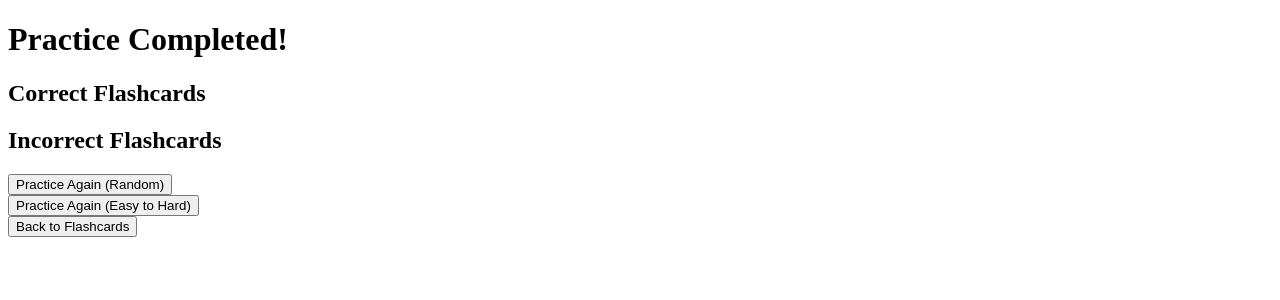
Repository: Oriyin/Algorithm_StudyHelper
Page: http://localhost/practice_completed
The author's editor kept a copy of each file at every save. The page is drawn from the files as they stood at one save, then again after a run of saves.
The browser window is 1280 px wide. The pictures show the whole page.
The page is served by the project's application, run on Flask 3 (backend/app.py).

Above is the page before, as saved 2024-10-11 13:31:39.

### templates/practice_completed.html
<!DOCTYPE html>
<html lang="en">
<head>
    <meta charset="UTF-8">
    <meta name="viewport" content="width=device-width, initial-scale=1.0">
    <title>Practice Completed</title>
</head>
<body>
    <h1>Practice Completed!</h1>

    <!-- Display results for correct and incorrect flashcards -->
    <h2>Correct Flashcards</h2>
    <ul>
        {% for flashcard in correct_flashcards %}
            <li>{{ flashcard.term }} - {{ flashcard.meaning }} ({{ flashcard.difficulty }})</li>
        {% endfor %}
    </ul>

    <h2>Incorrect Flashcards</h2>
    <ul>
        {% for flashcard in incorrect_flashcards %}
            <li>{{ flashcard.term }} - {{ flashcard.meaning }} ({{ flashcard.difficulty }}) - Incorrect Count: {{ flashcard.incorrect_count }}</li>
        {% endfor %}
    </ul>

    <!-- Button for practicing again with random order -->
    <form method="GET" action="{{ url_for('practice_again') }}">
        <button type="submit">Practice Again (Random)</button>
    </form>

    <!-- Button for practicing again sorted by difficulty (Easy to Hard) -->
    <form method="GET" action="{{ url_for('practice_again', sort_mode='easy_to_hard') }}">
        <button type="submit">Practice Again (Easy to Hard)</button>
    </form>

    <!-- Button to go back to the flashcards main page -->
    <form method="GET" action="{{ url_for('manage_flashcards') }}">
        <button type="submit">Back to Flashcards</button>
    </form>
</body>
</html>

### backend/algorithm.py
# This is code perfectly work entire program.
import random
# backend/algorithm.py

# Insertion Sort Algorithm (used for immediate sorting by due date when adding a new task)
def insertion_sort(arr, key):
    for i in range(1, len(arr)):
        current_element = arr[i]
        j = i - 1
        while j >= 0 and arr[j][key] > current_element[key]:
            arr[j + 1] = arr[j]
            j -= 1
        arr[j + 1] = current_element
    return arr

# Merge Sort Algorithm (used for sorting by due date)
def merge_sort(arr, key):
    if len(arr) <= 1:
        return arr
    mid = len(arr) // 2
    left = merge_sort(arr[:mid], key)
    right = merge_sort(arr[mid:], key)
    return merge(left, right, key)

def merge(left, right, key):
    result = []
    i = j = 0
    while i < len(left) and j < len(right):
        if left[i][key] <= right[j][key]:
            result.append(left[i])
            i += 1
        else:
            result.append(right[j])
            j += 1
    return result + left[i:] + right[j:]

# Counting Sort Algorithm (used for sorting by priority)
def counting_sort(arr, key):
    max_priority = 3
    count = [0] * (max_priority + 1)
    output = [None] * len(arr)

    for item in arr:
        count[item[key]] += 1

    # Modify count to get the descending order position
    for i in range(max_priority - 1, -1, -1):
        count[i] += count[i + 1]

    for item in reversed(arr):
        output[count[item[key]] - 1] = item
        count[item[key]] -= 1

    return output

# Heap Sort Algorithm (used for sorting by both due date and priority)
def heap_sort(arr, key1, key2):
    n = len(arr)
    # Build a max heap
    for i in range(n // 2 - 1, -1, -1):
        heapify(arr, n, i, key1, key2)
    # Extract elements one by one
    for i in range(n - 1, 0, -1):
        arr[0], arr[i] = arr[i], arr[0]  # Swap the root (max element) with the last element
        heapify(arr, i, 0, key1, key2)

    # Reverse the array to get the sorted order (from top to bottom)
    return arr[::-1]  # Reversing the sorted list to ensure correct display order

def heapify(arr, n, i, key1, key2):
    largest = i  # Initialize largest as root
    left = 2 * i + 1  # Left child index
    right = 2 * i + 2  # Right child index

    # Compare left child with root
    if left < n and (arr[left][key1] < arr[largest][key1] or (arr[left][key1] == arr[largest][key1] and arr[left][key2] > arr[largest][key2])):
        largest = left

    # Compare right child with largest so far
    if right < n and (arr[right][key1] < arr[largest][key1] or (arr[right][key1] == arr[largest][key1] and arr[right][key2] > arr[largest][key2])):
        largest = right

    # Swap and continue heapifying if root is not largest
    if largest != i:
        arr[i], arr[largest] = arr[largest], arr[i]  # Swap
        heapify(arr, n, largest, key1, key2)

# Naive String Search Algorithm (used for searching notes)
def naive_string_search(text, pattern):
    m = len(pattern)
    n = len(text)
    result = []

    for i in range(n - m + 1):
        j = 0
        while j < m and text[i + j] == pattern[j]:
            j += 1
        if j == m:
            result.append(i)

    return result

#### Flashcard
def uniqueness_testing(flashcards, new_flashcard):
    terms_set = {flashcard['term'] for flashcard in flashcards}  # Use set for uniqueness
    if new_flashcard['term'] not in terms_set:  # Check if the new term is already present
        flashcards.append(new_flashcard)  # Add the flashcard if unique
        return True  # Indicate success
    return False  # Indicate failure due to duplicate term

def random_flashcards(flashcards):
    randomized_flashcards = []  # เก็บ flashcards ที่สุ่มแล้ว
    available_indices = list(range(len(flashcards)))  # ลำดับที่ยังไม่ถูกเลือก

    for _ in range(len(flashcards)):
        random_index = random.randrange(len(available_indices))  # สุ่มลำดับ
        randomized_flashcards.append(flashcards[available_indices[random_index]])  # เพิ่ม flashcard ที่สุ่มมา
        available_indices.pop(random_index)  # เอาลำดับที่สุ่มแล้วออก

    return randomized_flashcards

# Divide and Conquer for grouping flashcards by incorrect answers frequency
def divide_and_conquer_flashcards(flashcards, low_threshold):
    # Base case: if only one flashcard, return as it is already "divided"
    if len(flashcards) <= 1:
        return flashcards

    # Step 1: Divide the flashcards into two halves
    mid = len(flashcards) // 2
    left_half = divide_and_conquer_flashcards(flashcards[:mid], low_threshold)  # Recursively divide left half
    right_half = divide_and_conquer_flashcards(flashcards[mid:], low_threshold)  # Recursively divide right half

    # Step 2: Conquer by combining flashcards into "low priority" and "high priority" based on frequency
    low_priority = []
    high_priority = []

    # Process each half after recursive division
    for flashcard in left_half + right_half:
        if flashcard['incorrect_count'] > low_threshold:
            high_priority.append(flashcard)  # Add to high priority group
        else:
            low_priority.append(flashcard)  # Add to low priority group

    # Step 3: Combine the results
    return high_priority + low_priority  # Combine high priority first, then low priority

# Counting Sort Algorithm (used for sorting by difficulty)
def counting_sortflash(arr, key):
    # Map difficulty levels to integers
    difficulty_order = {'Easy': 1, 'Medium': 2, 'Hard': 3}

    # Create count array based on the maximum difficulty level
    max_difficulty = 3
    count = [0] * (max_difficulty + 1)
    output = [None] * len(arr)

    # Count the occurrences of each difficulty level
    for item in arr:
        difficulty_level = difficulty_order[item[key]]  # Convert difficulty to integer
        count[difficulty_level] += 1

    # Modify count to get the correct positions
    for i in range(1, max_difficulty + 1):
        count[i] += count[i - 1]

    # Build the output array based on the difficulty levels
    for item in reversed(arr):
        difficulty_level = difficulty_order[item[key]]
        output[count[difficulty_level] - 1] = item
        count[difficulty_level] -= 1

    return output

### backend/app.py
# app.py

from flask import Flask, request, render_template, redirect, url_for
from algorithm import *

# Initialize the Flask application and specify the template folder
app = Flask(__name__, template_folder="../templates")

# Global variables for storing tasks and notes temporarily
tasks = []
notes = []
task_counter = 0  # A counter to uniquely identify each task

# Route for the home page
@app.route('/')
def home():
    return render_template('index.html')

# Route for managing tasks
@app.route('/tasks', methods=['GET', 'POST'])
def manage_tasks():
    global tasks, task_counter
    if request.method == 'POST':
        task_name = request.form.get('task_name')
        task_description = request.form.get('task_description')
        due_date = request.form.get('due_date')
        priority = int(request.form.get('priority'))

        if task_name and task_description and due_date:
            task_counter += 1  # Increment task counter for each new task
            tasks.append({
                'id': task_counter,  # Assign unique ID to each task
                'name': task_name,
                'description': task_description,
                'dueDate': due_date,
                'priority': priority,
                'completed': False
            })

            # Sort tasks by due date immediately (excluding completed tasks) using Insertion Sort
            tasks = insertion_sort([task for task in tasks if not task['completed']], 'dueDate') + [task for task in tasks if task['completed']]

            print("Updated tasks list:")
            print(tasks)

    todo_tasks = [task for task in tasks if not task['completed']]
    done_tasks = [task for task in tasks if task['completed']]

    return render_template('tasks.html', todo_tasks=todo_tasks, done_tasks=done_tasks, enumerate=enumerate)

# Route for managing notes
@app.route('/notes', methods=['GET', 'POST'])
def manage_notes():
    global notes
    if request.method == 'POST':
        note_title = request.form.get('note_title')
        note_content = request.form.get('note_content')

        if note_title and note_content:
            notes.append({
                'title': note_title,
                'content': note_content
            })
            print("Updated notes list:")
            print(notes)

    return render_template('notes.html', notes=notes, enumerate=enumerate)

# Route to edit a specific note by index
@app.route('/edit_note/<int:index>', methods=['POST'])
def edit_note(index):
    global notes
    new_title = request.form.get('edit_note_title')
    new_content = request.form.get('edit_note_content')

    if new_title and new_content:
        # Update the note with new values
        notes[index]['title'] = new_title
        notes[index]['content'] = new_content
        print("Updated notes list:")
        print(notes)

    return redirect(url_for('manage_notes'))

# Route to delete a specific note by index
@app.route('/delete_note/<int:index>', methods=['POST'])
def delete_note(index):
    global notes
    if index < len(notes):
        notes.pop(index)
        print("Updated notes list:")
        print(notes)
    return redirect(url_for('manage_notes'))

# Route to search through notes using a case-insensitive search with highlighted results
@app.route('/search_notes', methods=['POST'])
def search_notes():
    global notes
    search_pattern = request.form.get('search_pattern').lower()  # Make the search pattern lowercase
    search_results = []

    # Perform case-insensitive search on each note's title and content using naive string search
    for index, note in enumerate(notes):
        title = note['title']
        content = note['content']
        highlighted_content = content

        # Use naive string search to find matches (case-insensitive)
        matches = naive_string_search(content.lower(), search_pattern)  # Perform the search on lowercase text

        # If matches are found, highlight them in the content
        if matches:
            for match_index in matches:
                # Highlight the matched text using HTML <mark> tag
                match = content[match_index:match_index + len(search_pattern)]
                highlighted_content = highlighted_content.replace(match, f"<mark>{match}</mark>")
            search_results.append({
                'index': index,
                'title': title,
                'highlighted_content': highlighted_content
            })

    # If no matches are found, set a message to be displayed
    no_match_message = None
    if not search_results:
        no_match_message = "Don't have any file that match with finding word."

    return render_template('notes.html', notes=notes, search_results=search_results, no_match_message=no_match_message, search_pattern=search_pattern, enumerate=enumerate)

# Route to edit a specific task by index
@app.route('/edit_task/<int:index>', methods=['POST'])
def edit_task(index):
    global tasks
    new_name = request.form.get('edit_name')
    new_description = request.form.get('edit_description')
    new_due_date = request.form.get('edit_due_date')
    new_priority = int(request.form.get('edit_priority'))

    if new_name and new_description and new_due_date:
        # Update the task with new values
        tasks[index]['name'] = new_name
        tasks[index]['description'] = new_description
        tasks[index]['dueDate'] = new_due_date
        tasks[index]['priority'] = new_priority
        print("Updated tasks list:")
        print(tasks)

    # Re-sort tasks by due date immediately after editing using Insertion Sort
    tasks = insertion_sort([task for task in tasks if not task['completed']], 'dueDate') + [task for task in tasks if task['completed']]

    return redirect(url_for('manage_tasks'))

# Route to toggle a task's completion status using its unique ID
@app.route('/toggle_completed/<int:task_id>', methods=['POST'])
def toggle_completed(task_id):
    global tasks
    for task in tasks:
        if task['id'] == task_id:
            task['completed'] = not task['completed']
            print("Updated tasks list:")
            print(tasks)
            break
    # Re-sort the tasks to ensure they are in the correct order
    tasks = insertion_sort([task for task in tasks if not task['completed']], 'dueDate') + [task for task in tasks if task['completed']]
    return redirect(url_for('manage_tasks'))

# Route to delete a task by its unique ID
@app.route('/delete_task/<int:task_id>', methods=['POST'])
def delete_task(task_id):
    global tasks
    tasks = [task for task in tasks if task['id'] != task_id]
    print("Updated tasks list:")
    print(tasks)
    return redirect(url_for('manage_tasks'))

# Route to sort tasks by due date using Merge Sort
@app.route('/sort_by_due_date', methods=['POST'])
def sort_by_due_date():
    global tasks
    incomplete_tasks = [task for task in tasks if not task['completed']]
    # Use merge_sort to sort the incomplete tasks by 'dueDate'
    tasks = merge_sort(incomplete_tasks, 'dueDate') + [task for task in tasks if task['completed']]
    print("Updated tasks list:")
    print(tasks)
    return redirect(url_for('manage_tasks'))

# Route to sort tasks by priority
@app.route('/sort_by_priority', methods=['POST'])
def sort_by_priority():
    global tasks
    incomplete_tasks = [task for task in tasks if not task['completed']]
    tasks = counting_sort(incomplete_tasks, 'priority') + [task for task in tasks if task['completed']]
    print("Updated tasks list:")
    print(tasks)
    return redirect(url_for('manage_tasks'))

# Route to sort tasks by both due date and priority
@app.route('/sort_by_both', methods=['POST'])
def sort_by_both():
    global tasks
    incomplete_tasks = [task for task in tasks if not task['completed']]
    tasks = heap_sort(incomplete_tasks, 'dueDate', 'priority') + [task for task in tasks if task['completed']]
    print("Updated tasks list:")
    print(tasks)
    return redirect(url_for('manage_tasks'))

# Global variable to store flashcards
flashcards = []

@app.route('/flashcards', methods=['GET', 'POST'])
def manage_flashcards():
    global flashcards
    if request.method == 'POST':
        term = request.form.get('term')
        meaning = request.form.get('meaning')
        difficulty = request.form.get('difficulty')  # Capture the difficulty level

        # Create a new flashcard with 'incorrect_count' initialized to 0 and difficulty level
        new_flashcard = {'term': term, 'meaning': meaning, 'difficulty': difficulty, 'incorrect_count': 0}

        # Use the uniqueness testing function to avoid duplicates
        if uniqueness_testing(flashcards, new_flashcard):
            print("Flashcard added successfully!")
        else:
            print("Duplicate term found! Flashcard not added.")

    # Render the flashcards page with the flashcards list and total number
    return render_template('flashcards.html', flashcards=flashcards, enumerate=enumerate)


# Route to start flashcard practice (randomizes flashcards before starting)
@app.route('/start_practice', methods=['GET'])
def start_practice():
    global flashcards
    # Randomize flashcards before starting practice
    flashcards = random_flashcards(flashcards)
    return redirect(url_for('practice_flashcard', index=0))

@app.route('/practice_flashcard/<int:index>', methods=['GET', 'POST'])
def practice_flashcard(index):
    global flashcards
    if index >= len(flashcards):
        # If the index is out of range, redirect to the practice completion page
        return redirect(url_for('practice_completed'))

    if request.method == 'POST':
        # Check if the answer was correct or not
        is_correct = request.form.get('is_correct') == 'true'
        if not is_correct:
            flashcards[index]['incorrect_count'] += 1

        # Move to the next flashcard
        next_index = index + 1
        if next_index < len(flashcards):
            return redirect(url_for('practice_flashcard', index=next_index))
        else:
            return redirect(url_for('practice_completed'))

    # Render the current flashcard for practice
    flashcard = flashcards[index]
    return render_template('practice_flashcard.html', flashcard=flashcard, index=index)


@app.route('/practice_completed')
def practice_completed():
    global flashcards

    # Group flashcards based on incorrect_count
    low_threshold = 1
    grouped_flashcards = divide_and_conquer_flashcards(flashcards, low_threshold)

    # Separate correct and incorrect flashcards for the result page
    correct_flashcards = [fc for fc in grouped_flashcards if fc['incorrect_count'] == 0]
    incorrect_flashcards = [fc for fc in grouped_flashcards if fc['incorrect_count'] > 0]

    # Show the result in terms of high-priority (incorrect more often) and low-priority flashcards
    return render_template('practice_completed.html', correct_flashcards=correct_flashcards, incorrect_flashcards=incorrect_flashcards)


@app.route('/practice_again', methods=['GET'])
def practice_again():
    global flashcards

    # ตรวจสอบพารามิเตอร์ 'sort_mode' จาก URL
    sort_mode = request.args.get('sort_mode')

    if sort_mode == 'easy_to_hard':
        flashcards = counting_sortflash(flashcards, 'difficulty')  # เรียงจากง่ายไปยาก
        print("Flashcards sorted from Easy to Hard")
    else:
        flashcards = random_flashcards(flashcards)  # แบบสุ่มสำหรับ practice ปกติ
        print("Flashcards randomized")

    return redirect(url_for('practice_flashcard', index=0))



@app.route('/start_practice_by_difficulty', methods=['GET'])
def start_practice_by_difficulty():
    global flashcards

    if len(flashcards) == 0:
        # Redirect to the flashcards management page if there are no flashcards
        return redirect(url_for('manage_flashcards'))

    # Sort flashcards by difficulty in the order of Easy -> Medium -> Hard
    flashcards = counting_sortflash(flashcards, 'difficulty')

    return redirect(url_for('practice_flashcard', index=0))

@app.route('/start_focused_practice', methods=['GET'])
def start_focused_practice():
    global flashcards

    # Set a low_threshold for incorrect answers to define "high-priority"
    low_threshold = 2  # For example, focus on flashcards with incorrect_count > 2

    # Group flashcards based on how often the user gets them wrong
    flashcards = divide_and_conquer_flashcards(flashcards, low_threshold)

    return redirect(url_for('practice_flashcard', index=0))

@app.route('/practice_focused_flashcards/<int:index>', methods=['GET', 'POST'])
def practice_focused_flashcards(index):
    global flashcards_to_practice

    if index >= len(flashcards_to_practice):
        # หากฝึกฝนครบหมดแล้วให้กลับไปที่หน้าผลลัพธ์
        return redirect(url_for('focused_practice_completed'))

    if request.method == 'POST':
        # เช็คว่าผู้ใช้ตอบถูกหรือไม่
        is_correct = request.form.get('is_correct') == 'true'
        if is_correct:
            # ถ้าตอบถูก ตัด flashcard นั้นออกจากรายการ
            flashcards_to_practice.pop(index)
        else:
            # ถ้าตอบผิด เพิ่ม incorrect_count
            flashcards_to_practice[index]['incorrect_count'] += 1

        # ย้ายไปยัง flashcard ถัดไป
        next_index = index if is_correct else index + 1
        if next_index < len(flashcards_to_practice):
            return redirect(url_for('practice_focused_flashcards', index=next_index))
        else:
            return redirect(url_for('focused_practice_completed'))

    # แสดง flashcard ที่กำลังทบทวน
    flashcard = flashcards_to_practice[index]
    return render_template('practice_focused_flashcards.html', flashcard=flashcard, index=index)

# Route for displaying the result after focused practice
@app.route('/focused_practice_completed')
def focused_practice_completed():
    global flashcards_to_practice

    # แสดงผลลัพธ์ว่าผู้ใช้ได้ทบทวน flashcards ทั้งหมดครบแล้ว
    return render_template('focused_practice_completed.html', flashcards_left=len(flashcards_to_practice))

# Run the Flask server
if __name__ == "__main__":
    app.run(debug=True)
    print(tasks)
    print(notes)

After the next 3 saves:
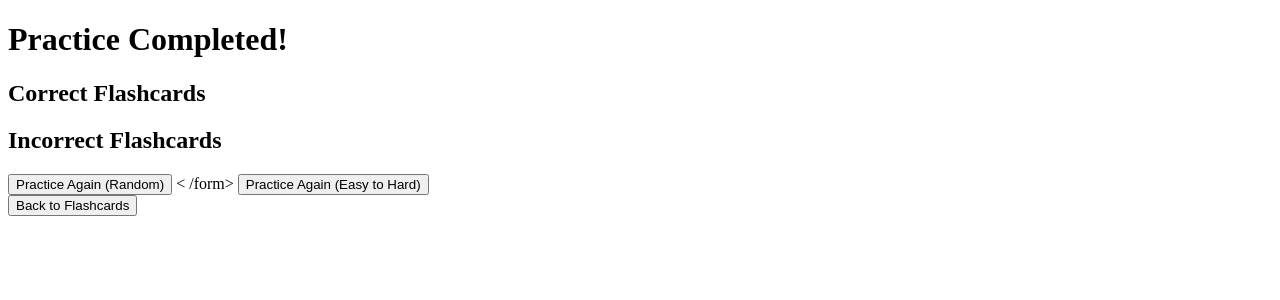
The 3 saves are shown as one change because they came seconds apart.
The last was saved 21 s later.
--- a/templates/practice_completed.html
+++ b/templates/practice_completed.html
@@ -25,13 +25,14 @@
 
     <!-- Button for practicing again with random order -->
     <form method="GET" action="{{ url_for('practice_again') }}">
-        <button type="submit">Practice Again (Random)</button>
-    </form>
+    <button type="submit">Practice Again (Random)</button>
+<  /form>
 
-    <!-- Button for practicing again sorted by difficulty (Easy to Hard) -->
-    <form method="GET" action="{{ url_for('practice_again', sort_mode='easy_to_hard') }}">
-        <button type="submit">Practice Again (Easy to Hard)</button>
-    </form>
+<!-- Button for practicing again sorted by difficulty (Easy to Hard) -->
+<form method="GET" action="{{ url_for('practice_again', sort_mode='easy_to_hard') }}">
+    <button type="submit">Practice Again (Easy to Hard)</button>
+</form>
+
 
     <!-- Button to go back to the flashcards main page -->
     <form method="GET" action="{{ url_for('manage_flashcards') }}">

After the save that followed:
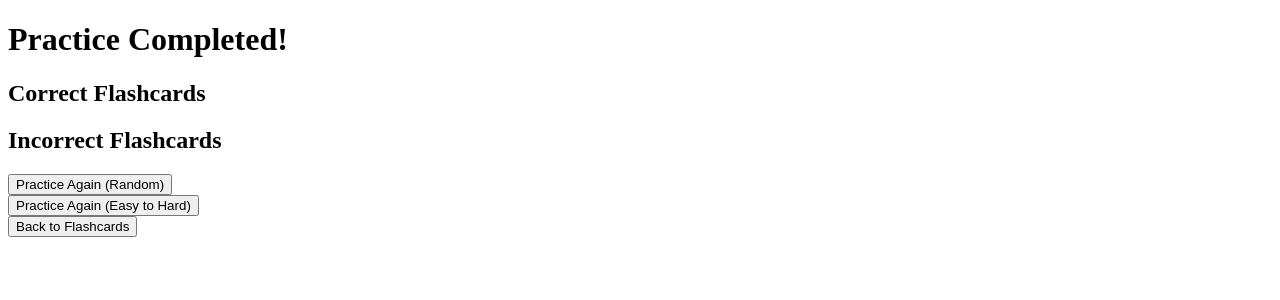
Saved 5 s later.
--- a/templates/practice_completed.html
+++ b/templates/practice_completed.html
@@ -25,8 +25,8 @@
 
     <!-- Button for practicing again with random order -->
     <form method="GET" action="{{ url_for('practice_again') }}">
-    <button type="submit">Practice Again (Random)</button>
-<  /form>
+        <button type="submit">Practice Again (Random)</button>
+    </form>
 
 <!-- Button for practicing again sorted by difficulty (Easy to Hard) -->
 <form method="GET" action="{{ url_for('practice_again', sort_mode='easy_to_hard') }}">
